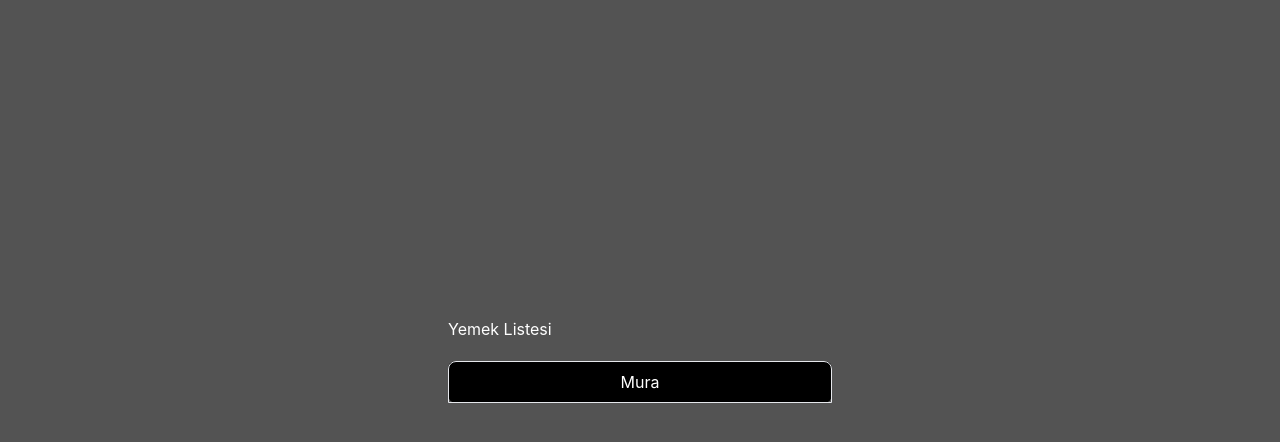
Repository: muratyildiz63/Composition-API-Nedir-todo-list
Page: /
An editor plug-in stored every save of this project. The page is shown before and after the next save, followed by the edit.
The browser window is 1280 px wide. The pictures show the whole page.
The project was rebuilt for these pictures with package versions that can differ from the ones it lists, and the page was loaded fresh each time. Also part of the build but not shown: vite.config.js.

Above is the page before, as saved 2022-08-15 18:51:40.

### src/main.js
import { createApp } from 'vue'
import './style.css'
import App from './App.vue'
import './index.css'

createApp(App).mount('#app')

### src/App.vue
<template>
  <div class="w-full h-full text-white">
    <h3 class="w-full flex  mb-5">Yemek Listesi</h3>

    <div class="flex justify-center">
      <div
        class="bg-black rounded-lg   w-96 text-gray-900"      >



     <div
          aria-current="true"
          class="
            block
            px-6
            py-2
            border border-gray-200
            w-full
            rounded-t-lg
            text-white
            cursor-pointer
          "
        >
          Mura
        </div>


      </div>
    </div>
  </div>
</template>

### src/index.css
@tailwind base;
@tailwind components;
@tailwind utilities;
body {
    background-color: rgb(83 83 83);
}

### tailwind.config.cjs
module.exports = {
    content: [
        "./index.html",
        "./src/**/*.{vue,js,ts,jsx,tsx}",
    ],
    theme: {
        extend: {},
    },
    plugins: [],
}

Loaded but not shown: index.html (common file); src/style.css (common file)

After the next save:
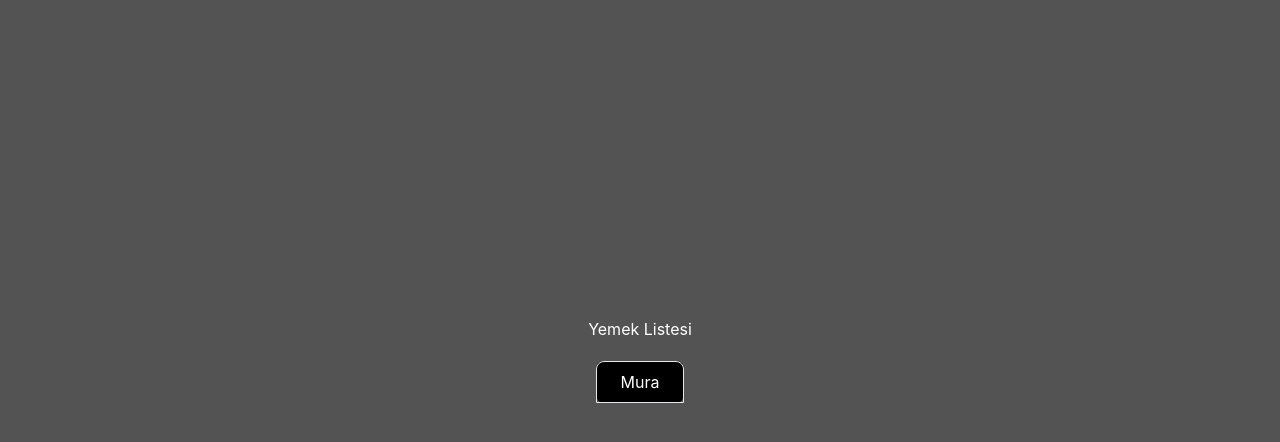
Saved 4 s later.
--- a/src/App.vue
+++ b/src/App.vue
@@ -4,7 +4,7 @@
 
     <div class="flex justify-center">
       <div
-        class="bg-black rounded-lg   w-96 text-gray-900"      >
+        class="bg-black rounded-lg   "      >
 
 
 

After the save that followed:
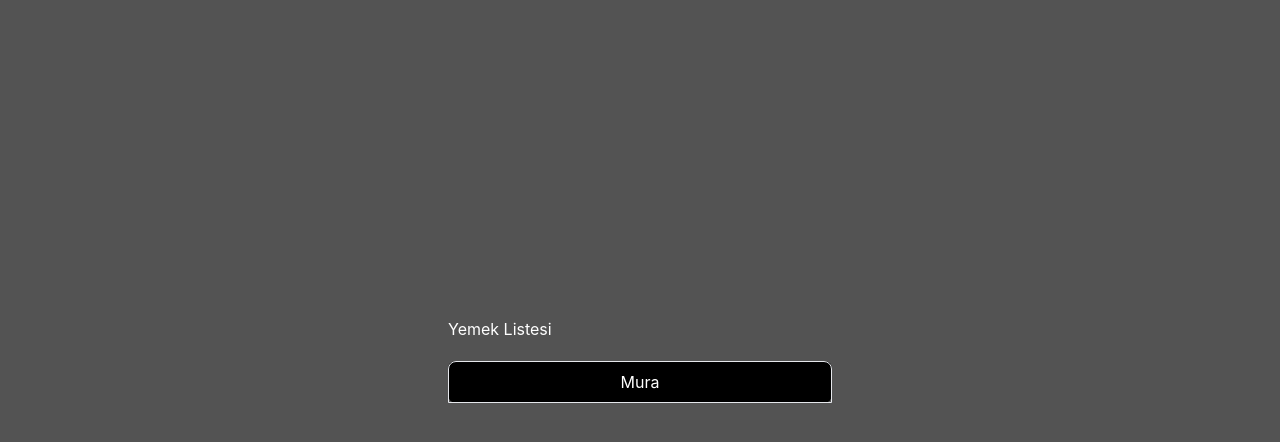
Saved 6 s later.
--- a/src/App.vue
+++ b/src/App.vue
@@ -4,7 +4,7 @@
 
     <div class="flex justify-center">
       <div
-        class="bg-black rounded-lg   "      >
+        class="bg-black rounded-lg   w-96 "      >
 
 
 
